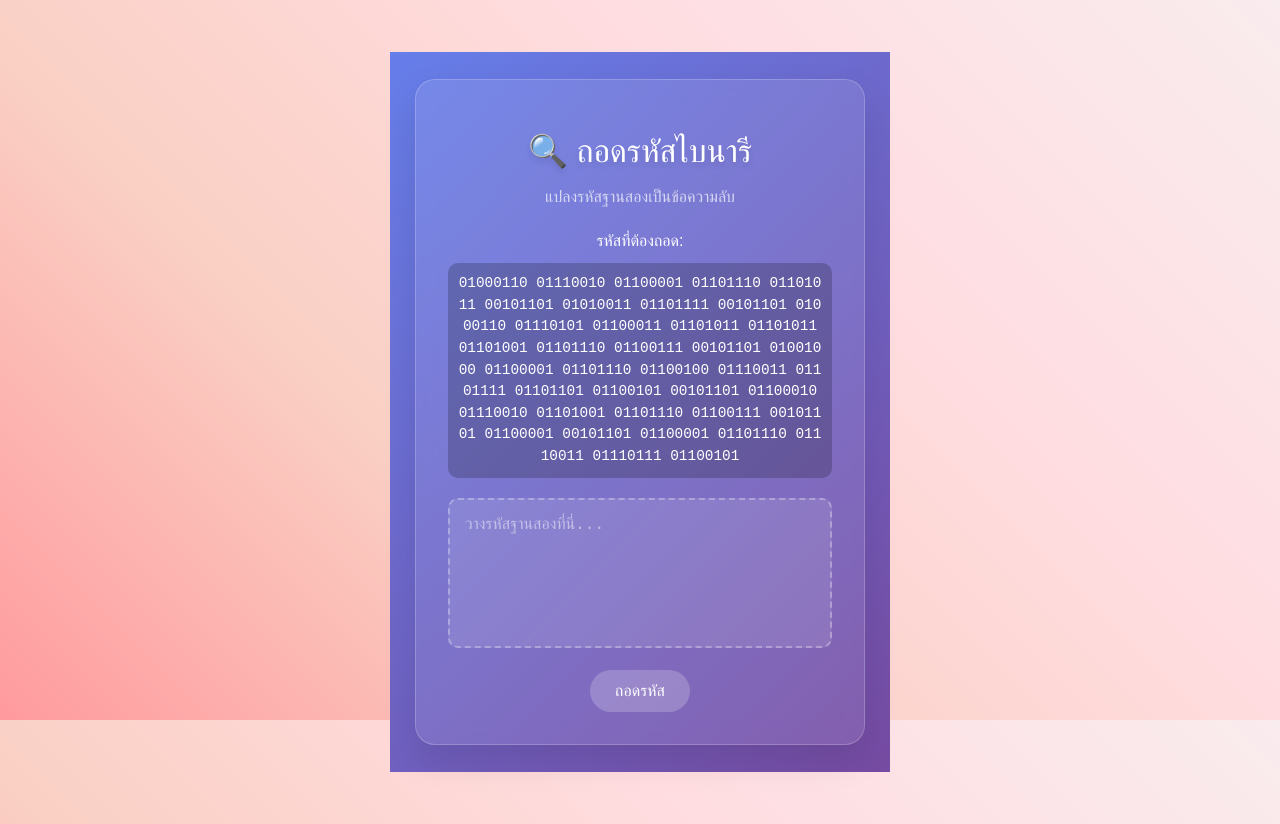
Repository: Jinwoo290350/Quiz_Fun
Page: /
The author's editor kept a copy of each file at every save. The page is drawn from the files as they stood at one save, then again after the next save.
The browser window is 1280 px wide. The pictures show the whole page.
Backgrounds fixed to the window are drawn as part of the page. The project was rebuilt for these pictures with package versions that can differ from the ones it lists, and the page was loaded fresh each time. Also part of the build but not shown: vite.config.js.

Above is the page before, as saved 2025-02-05 22:35:53.

### src/App.vue
<template>
  <div class="container">
    <Ask />
  </div>
</template>

<script setup>
import Ask from './components/Ask.vue';
</script>

<style>
*, *::before, *::after {
  box-sizing: border-box;
}

html, body {
  width: 100%;
  min-height: 100vh;
  margin: 0;
  padding: 0;
  overflow-x: hidden;
  /* ควบคุมการซูมบนมือถือ */
  touch-action: manipulation;
}

body {
  background: linear-gradient(45deg, #ff9a9e, #fad0c4, #ffdde1, #f9ecee);
  background-size: 400% 400%;
  animation: gradientBG 15s ease infinite;
  background-attachment: fixed;
  /* เพิ่มการป้องกันการเลือกข้อความ */
  user-select: none;
}

.container {
  width: 100%;
  max-width: 1200px;
  margin: 0 auto;
  padding: 20px;
  /* ทำให้ container เป็น flex container */
  display: flex;
  flex-direction: column;
  align-items: center;
}

/* ปรับขนาดสำหรับแท็บเล็ต */
@media (max-width: 1024px) {
  .container {
    padding: 15px;
    transform: scale(0.95);
  }
}

/* ปรับขนาดสำหรับมือถือแนวตั้ง */
@media (max-width: 768px) {
  html {
    /* ควบคุม font-size พื้นฐาน */
    font-size: 14px;
  }

  .container {
    padding: 10px;
    transform: scale(0.85);
    min-height: 90vh;
  }
}

/* ปรับขนาดสำหรับมือถือขนาดเล็ก */
@media (max-width: 500px) {
  html {
    font-size: 12px;
  }

  .container {
    padding: 5px;
    transform: scale(0.75) translateY(-5%);
    min-height: 80vh;
  }

  body {
    background-size: 300% 300%;
  }
}

@keyframes gradientBG {
  0% {
    background-position: 0% 50%;
  }
  50% {
    background-position: 100% 50%;
  }
  100% {
    background-position: 0% 50%;
  }
}
</style>

### src/components/Ask.vue
<template>
  <div class="decoder-container">
    <div class="glass-card">
      <h1>🔍 ถอดรหัสไบนารี</h1>
      <p class="subtitle">แปลงรหัสฐานสองเป็นข้อความลับ</p>

      <div class="binary-display">
        <div class="binary-label">รหัสที่ต้องถอด:</div>
        <code class="binary-code">{{ binaryQuestion }}</code>
      </div>

      <textarea
        v-model="binaryInput"
        placeholder="วางรหัสฐานสองที่นี่..."
        class="binary-input"
        @input="resetResult"
      ></textarea>

      <button
        @click="convertBinary"
        class="decode-button"
        :disabled="!binaryInput.trim()"
      >
        ถอดรหัส
      </button>

      <div v-if="convertedText" class="result-section">
        <div
          class="result-box"
          :class="{
            'success-box': isCorrect,
            'error-box': isIncorrect
          }">
          <p class="result-text">
            {{ resultMessage }}
          </p>
        </div>
      </div>
    </div>
  </div>
</template>

<script>
export default {
  data() {
    return {
      binaryQuestion: '01000110 01110010 01100001 01101110 01101011 00101101 01010011 01101111 00101101 01000110 01110101 01100011 01101011 01101011 01101001 01101110 01100111 00101101 01001000 01100001 01101110 01100100 01110011 01101111 01101101 01100101 00101101 01100010 01110010 01101001 01101110 01100111 00101101 01100001 00101101 01100001 01101110 01110011 01110111 01100101',
      binaryInput: '',
      convertedText: '',
      isCorrect: false,
      isIncorrect: false
    }
  },
  computed: {
    resultMessage() {
      if (this.isCorrect) return 'ถูกต้อง! 🎉'
      if (this.isIncorrect) return 'ลองใหม่อีกครั้ง 🤔'
      return this.convertedText
    }
  },
  methods: {
    convertBinary() {
      try {
        const correctAnswer = 'แ'
        const binaryArray = this.binaryInput.trim().split(/\s+/)

        this.convertedText = binaryArray
          .map(bin => String.fromCharCode(parseInt(bin, 2)))
          .join('')

        // Normalize both strings before comparison
        const normalizedInput = this.normalizeString(this.convertedText)
        const normalizedCorrect = this.normalizeString(correctAnswer)

        this.isCorrect = normalizedInput === normalizedCorrect
        this.isIncorrect = !this.isCorrect

        if (this.isIncorrect) {
          this.shakeErrorAnimation()
          setTimeout(() => {
            this.resetResult()
          }, 2000)
        }
      } catch (error) {
        this.isIncorrect = true
        this.convertedText = 'เกิดข้อผิดพลาด'
      }
    },
    normalizeString(str) {
      return str
        .toLowerCase()
        .replace(/[^a-z]/g, '')
    },
    resetResult() {
      this.convertedText = ''
      this.isCorrect = false
      this.isIncorrect = false
    },
    shakeErrorAnimation() {
      const input = document.querySelector('.binary-input')
      input.classList.add('shake')
      setTimeout(() => {
        input.classList.remove('shake')
      }, 500)
    }
  }
}
</script>

<style scoped>
.decoder-container {
  display: flex;
  justify-content: center;
  align-items: center;
  min-height: 100vh;
  background: linear-gradient(135deg, #667eea 0%, #764ba2 100%);
  font-family: 'Arial', sans-serif;
  margin: 0;
  padding: 0;
}

.glass-card {
  background: rgba(255, 255, 255, 0.1);
  backdrop-filter: blur(10px);
  border-radius: 20px;
  border: 1px solid rgba(255, 255, 255, 0.2);
  box-shadow: 0 15px 35px rgba(0, 0, 0, 0.1);
  padding: 2rem;
  width: 90%;
  max-width: 500px;
  text-align: center;
  transition: all 0.3s ease;
}

h1 {
  color: white;
  margin-bottom: 10px;
  font-size: 2rem;
  text-shadow: 0 4px 6px rgba(0, 0, 0, 0.1);
}

.subtitle {
  color: rgba(255, 255, 255, 0.7);
  margin-bottom: 20px;
  font-size: 1rem;
}

.binary-display {
  margin-bottom: 20px;
}

.binary-label {
  color: white;
  margin-bottom: 10px;
}

.binary-code {
  background: rgba(0, 0, 0, 0.2);
  color: white;
  padding: 10px;
  border-radius: 10px;
  font-family: monospace;
  word-break: break-all;
  font-size: 0.9rem;
  display: block;
}

.binary-input {
  width: 100%;
  height: 150px;
  padding: 15px;
  margin-bottom: 15px;
  background: rgba(255, 255, 255, 0.1);
  border: 2px dashed rgba(255, 255, 255, 0.3);
  border-radius: 10px;
  resize: none;
  color: white;
  font-size: 1rem;
  transition: all 0.3s ease;
}

.binary-input::placeholder {
  color: rgba(255, 255, 255, 0.5);
}

.decode-button {
  background: linear-gradient(to right, #6a11cb 0%, #2575fc 100%);
  color: white;
  border: none;
  padding: 12px 25px;
  border-radius: 25px;
  cursor: pointer;
  transition: all 0.3s ease;
  font-size: 1rem;
}

.decode-button:hover {
  transform: scale(1.05);
  box-shadow: 0 10px 20px rgba(0, 0, 0, 0.2);
}

.decode-button:disabled {
  background: rgba(255, 255, 255, 0.2);
  cursor: not-allowed;
}

.result-section {
  margin-top: 20px;
}

.result-box {
  padding: 15px;
  border-radius: 10px;
  font-size: 1rem;
}

.success-box {
  background: rgba(76, 175, 80, 0.3);
  color: white;
}

.error-box {
  background: rgba(244, 67, 54, 0.3);
  color: white;
}

@keyframes shake {
  0%, 100% { transform: translateX(0); }
  10%, 30%, 50%, 70%, 90% { transform: translateX(-10px); }
  20%, 40%, 60%, 80% { transform: translateX(10px); }
}

.shake {
  animation: shake 0.5s;
}
</style>

Loaded but not shown: index.html (common file); src/main.js (common file); src/style.css (common file)

After the next save:
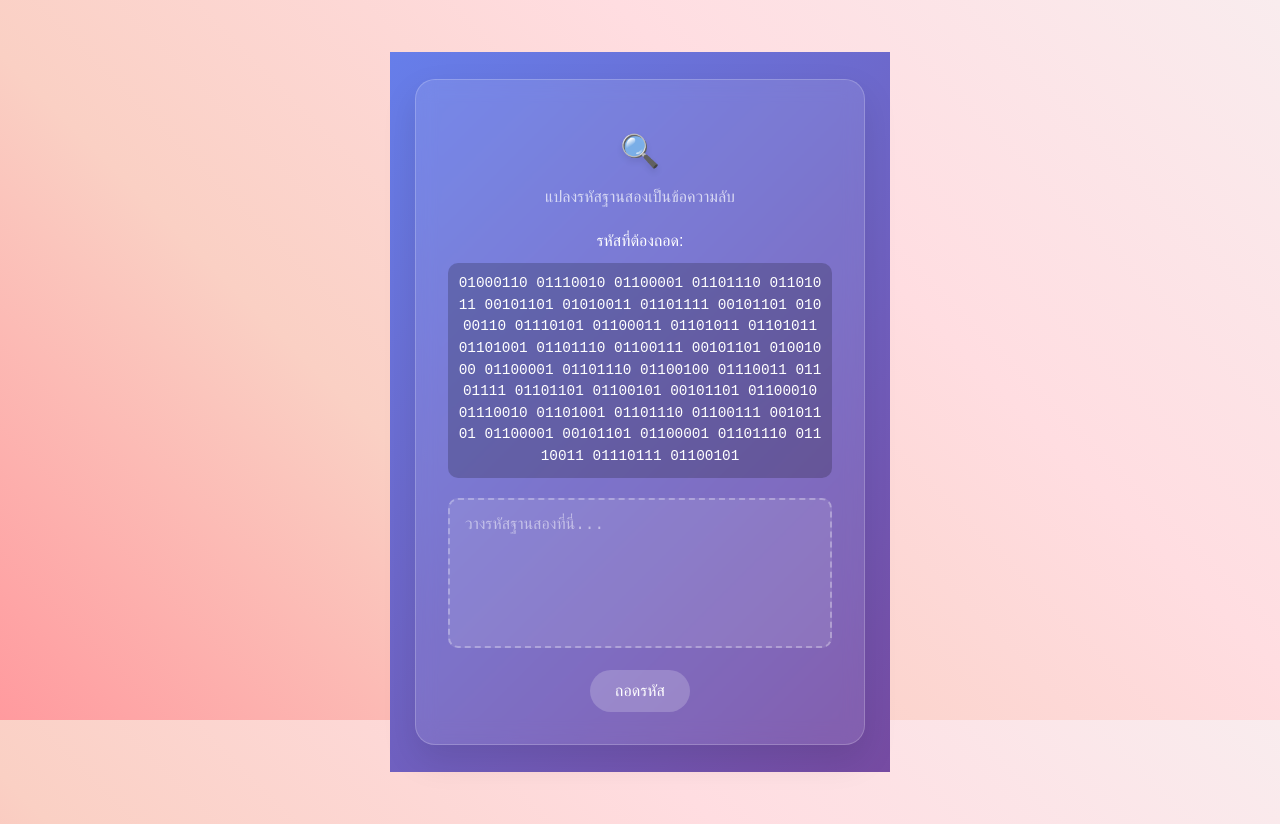
Saved 15 s later.
--- a/src/components/Ask.vue
+++ b/src/components/Ask.vue
@@ -1,7 +1,7 @@
 <template>
   <div class="decoder-container">
     <div class="glass-card">
-      <h1>🔍 ถอดรหัสไบนารี</h1>
+      <h1>🔍 </h1>
       <p class="subtitle">แปลงรหัสฐานสองเป็นข้อความลับ</p>
 
       <div class="binary-display">
